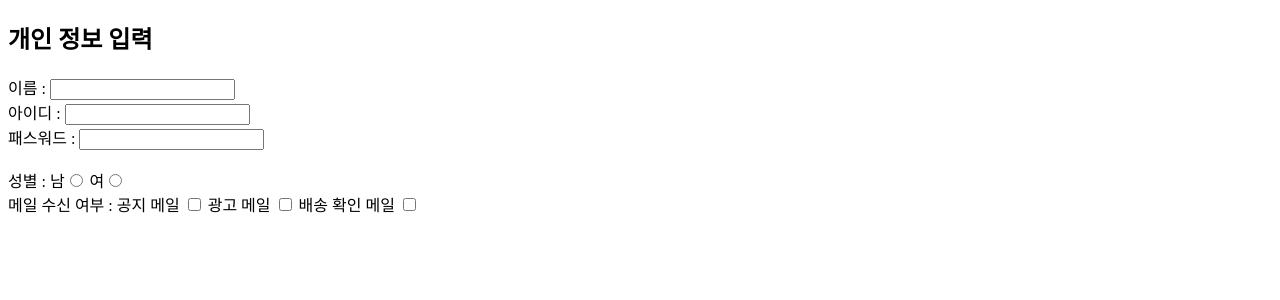
Repository: sunnny10/web-workspace
Page: Lecture-Web/src/main/webapp/HW/PInfoInput.html
The author's editor kept a copy of each file at every save. The page is drawn from the files as they stood at one save, then again after the next save.
The browser window is 1280 px wide. The pictures show the whole page.

Above is the page before, as saved 2022-06-02 10:00:12.

After the next save:
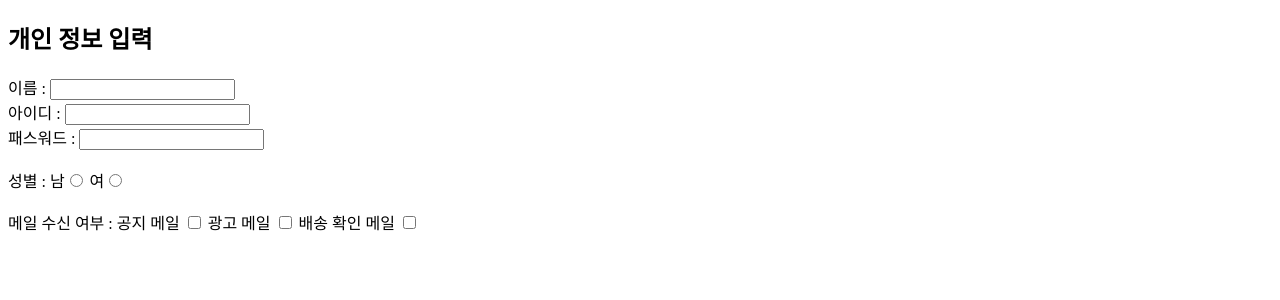
Saved 9 s later.
--- a/Lecture-Web/src/main/webapp/HW/PInfoInput.html
+++ b/Lecture-Web/src/main/webapp/HW/PInfoInput.html
@@ -13,7 +13,7 @@
 			패스워드 : <input type="password" name="passwd"><br><br>
 			성별 :
 			남<input type="radio" name="gender" value="male">
-			여<input type="radio" name="gender" value="female"><br>
+			여<input type="radio" name="gender" value="female"><br><br>
 			메일 수신 여부 :
 			공지 메일 <input type="checkbox" name="receiveCk" value="notice">
 			광고 메일 <input type="checkbox" name="receiveCk" value="advertise">
